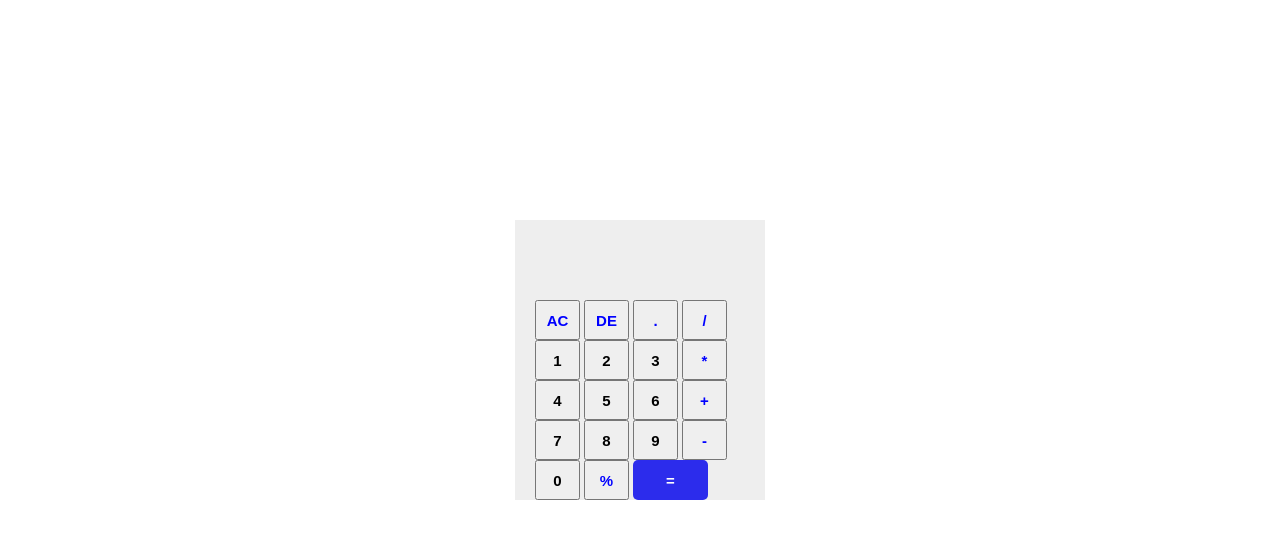
Repository: jerrys-arch/web-calculator
Page: index.html
An editor plug-in stored every save of this project. The page is shown before and after the next save, followed by the edit.
The browser window is 1280 px wide. The pictures show the whole page.

Above is the page before, as saved 2024-11-30 05:59:40.

After the next save:
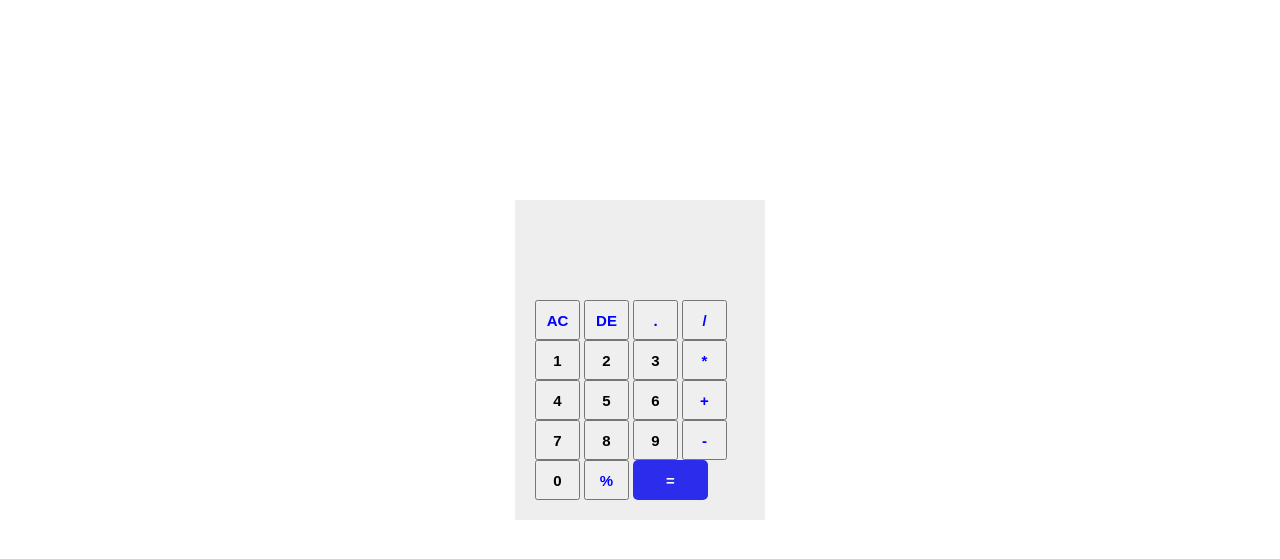
Saved 18 s later.
--- a/styles.css
+++ b/styles.css
@@ -12,7 +12,7 @@
 }
 .calculator{
     align-items: center;
-    padding-left:20px;
+    padding:20px;
     width:250px;
     background: #eee;
 }
